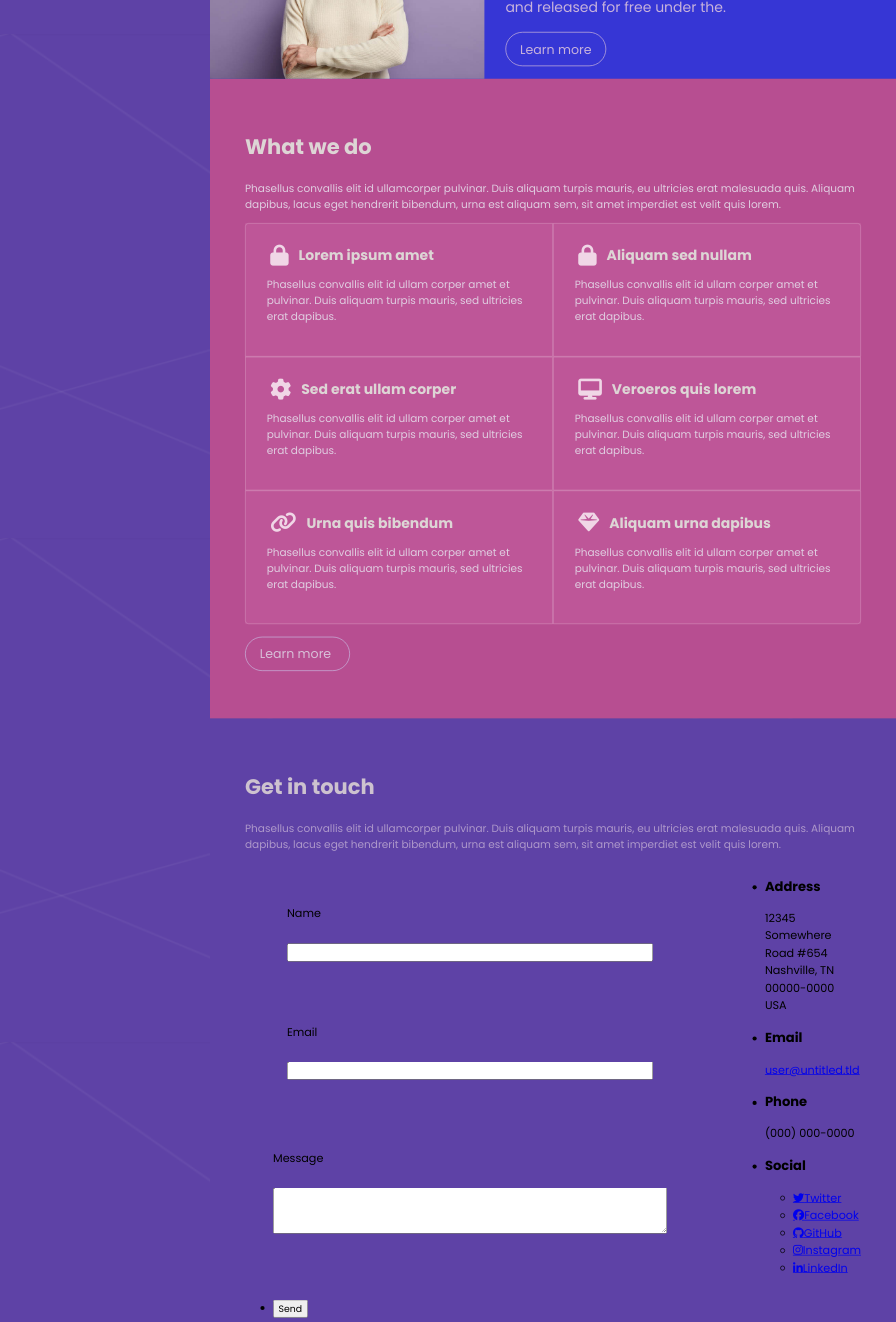
Repository: zai31/KIMIT_Tasks
Page: JsSession8/index.html
These files come from the project's save history. The page is drawn as it stood at one moment and after a run of saves; the edit follows.
The browser window is 1280 px wide. The pictures show the part of the page from y = 1392 to 3312 px (the page is 3281 px tall before and 3312 px after), at 70% of full size.
Backgrounds fixed to the window are drawn as part of the page.

Above is the page before, as saved 2025-09-15 22:25:01.

After the next 6 saves:
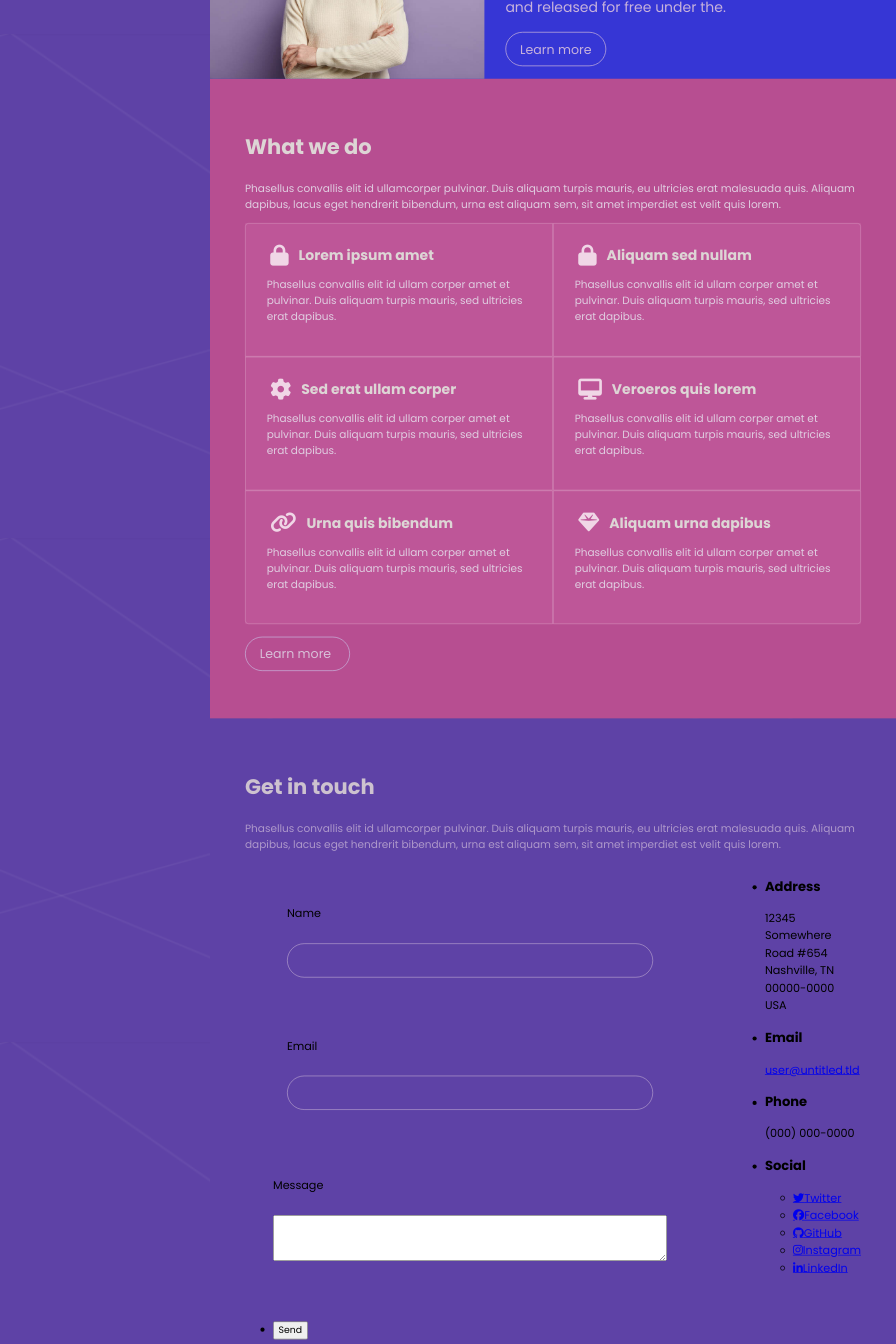
The 6 saves are shown as one change because they came seconds apart.
The last was saved 19 s later.
--- a/JsSession8/CSS/style.css
+++ b/JsSession8/CSS/style.css
@@ -294,6 +294,18 @@ body {
   flex: 1; /* make name and email share equal width */
 
 }
+.field input{
+    background-color: transparent;
+    border: 1px solid #e0cee19d;
+    padding: 10px 20px;
+    border-radius: 25px;
+    cursor: pointer;
+    text-decoration: none;
+    font-size: 18px;
+    color: #e0cee19d;
+}
+.field input:hover {
+}
 .contact-info {
   flex: 1; /* right side column */
   color: #e0cee19d;
